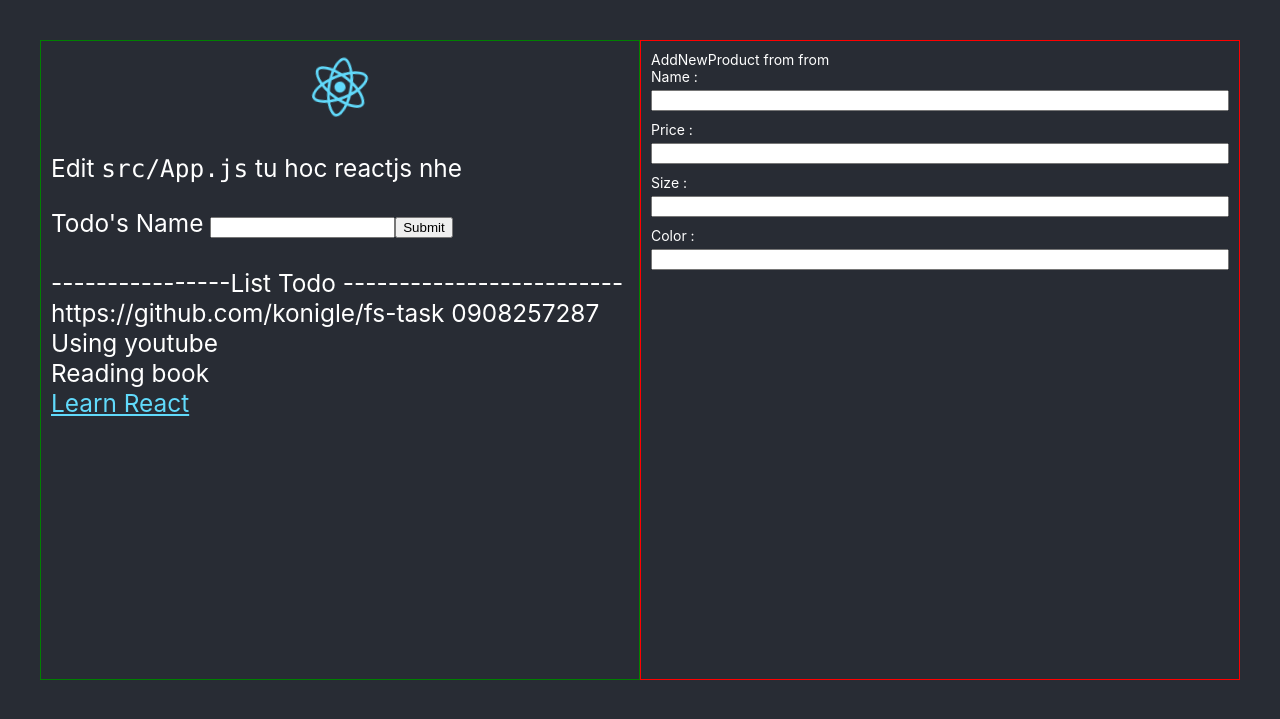
Repository: baothi/learn-reactjs
Page: /
An editor plug-in stored every save of this project. The page is shown before and after the next save, followed by the edit.
The browser window is 1280 px wide. The pictures show the whole page.
The project was rebuilt for these pictures with package versions that can differ from the ones it lists, and the page was loaded fresh each time.

Above is the page before, as saved 2022-10-04 17:54:24.

### src/App.js
import logo from './logo.svg';
import './App.css';
import Home from './componets/Home';
import AddNewProduct from './componets/AddNewProduct';

// function App() {
const App = () => {
  // const x = [1, 2, 3, 4, { name: 'John', age: 36 }] ==> {JSON.stringify(x)}
  const x = "tu hoc reactjs nhe"
  return (
    <div className="App" /*style={{ border: '1px solid red', textTransform: 'uppercase'}}*/ >
      <header className="App-header content-left">
        <div style={{ textAlign: "center" }}>
          <img src={logo} className="App-logo" alt="logo" />
        </div>

        <p>
          Edit <code>src/App.js</code> {x}
          {/* {console.log(x)} */}
        </p>
        <Home />
        <a
          className="App-link"
          href="https://reactjs.org"
          target="_blank"
          rel="noopener noreferrer"
        >
          Learn React
        </a>
      </header>
      <div className='content-right'>
        <AddNewProduct />
      </div>
    </div>
  );
}

export default App;

### src/App.css
.App {
  /* text-align: center; */
  padding: 40px;
  font-size: 14px;
  background-color: #282c34;
  height: calc(100vh - 80px);
  display: flex;
}

.App-logo {
  height: 10vmin;
  pointer-events: none;
}

@media (prefers-reduced-motion: no-preference) {
  .App-logo {
    animation: App-logo-spin infinite 20s linear;
  }
}

.App-header {

  /* min-height: 100vh; */
  /* display: flex;
  flex-direction: column;
  align-items: center; */
  /* justify-content: center; */
  font-size: calc(10px + 2vmin);
  color: white;
}

.App-link {
  color: #61dafb;
}

@keyframes App-logo-spin {
  from {
    transform: rotate(0deg);
  }

  to {
    transform: rotate(360deg);
  }
}

.content-left {
  width: 50%;
  padding: 10px;
  border: 1px solid green;
}

.content-right {
  width: 50%;
  padding: 10px;
  border: 1px solid red;
  color: white;
}

.input-product {
  display: flex;
  flex-direction: column;
  justify-content: center;
  gap: 5px;
  margin-bottom: 10px;
}

### src/componets/Home.js
import React, { useState } from 'react';
import _ from 'lodash';
import AddTodo from './AddTodo';
import DisplayTodo from './DisplayTodo';

const Home = () => {
    // const [name, setName] = useState("")
    const [todo, setTodo] = useState("")
    // const hankdleClickBtn = (event, mgs) => {
    //     // console.log(" >> run Hankdle Click ", event.target, " -> ", mgs)
    // }
    const [ListTodo, setListTodo] = useState([
        { id: 'todo1', name: 'https://github.com/konigle/fs-task 0908257287' },
        { id: 'todo2', name: 'Using youtube' },
        { id: 'todo3', name: 'Reading book' }
    ])

    const randomIntFromInterval = (min, max) => {
        return Math.floor(Math.random() * (max - min + 1)) + min
    }


    const hankdleClickBtn = () => {
        if (!todo) {
            alert("Todo's name is not empty")
            return;
        }
        let todoId = randomIntFromInterval(4, 99)
        let todoItem = {
            id: `todo${todoId}`,   // string template
            name: todo
        }
        // cach 1
        let curentTodoList = _.clone(ListTodo);
        curentTodoList.push(todoItem)
        // console.log(" check curentTodoList : ", curentTodoList)
        setListTodo(curentTodoList)
        setTodo("")
        // cach 2
        //setListTodo([...ListTodo, todoItem]) // toan tử ... này là spread operator đây là toán tử copy
    }

    const handleDeleteTodo = (id) => {
        let curentTodoList = _.clone(ListTodo);
        curentTodoList = curentTodoList.filter(item => item.id !== id);
        // curentTodoList = curentTodoList.filter(item => {
        //     if (item.id !== id) return item;
        // });
        setListTodo(curentTodoList);
    }
    const myInfor = { channel: "hoc lap trinh reactjs", age: 25 }

    return (
        <div className="container">

            <div className="row">
                <AddTodo
                    todo={todo}
                    setTodo={setTodo}
                    hankdleClickBtn={hankdleClickBtn}
                />
                <DisplayTodo
                    chilData={ListTodo} // x=u => x <- y
                    name={"bao thi"} // x=u => x <- y
                    myInfor={myInfor} // x=u => x <- y
                    deleteTodoInParent={handleDeleteTodo}
                />

            </div>
        </div>
    )
}

// class Home extends React.Component {

//     // khai báo state
//     state = {
//         name: 'todoList'
//     }
//     render() {
//         return (
//             <div className="container">
//                 <div className="row">

//                     <label>Your Name   </label>
//                     <input type="text" onChange={(event) => this.setState({ name: event.target.value })} />
//                     <br /><br />
//                     helo Todo list with name = {this.state.name}
//                 </div>
//             </div>
//         )
//     }
// }

export default Home;

### src/componets/AddNewProduct.js
const AddNewProduct = () => {
    return (
        <div>
            <div>AddNewProduct from from</div>
            <div className="input-product">
                <label>Name : </label>
                <input type="text" />
            </div>
            <div className="input-product">
                <label>Price : </label>
                <input type="text" />
            </div>
            <div className="input-product">
                <label>Size : </label>
                <input type="text" />
            </div>
            <div className="input-product">
                <label>Color : </label>
                <input type="text" />
            </div>
        </div>
    )
}

export default AddNewProduct

### src/componets/AddTodo.js

const AddTodo = (props) => {
    const { todo, setTodo, hankdleClickBtn } = props
    return (
        <div>
            <label>Todo's Name   </label>
            {/* <input value={name} type="text"
                    onChange={(event) => {
                        // console.log("event.target : ", event)
                        setName(event.target.value)
                    }
                    } /> */}

            <input value={todo} type="text"
                onChange={(event) => {
                    // console.log("event.target : ", event)
                    setTodo(event.target.value)
                }
                } />
            {/* <button type="button" onClick={() => {
                    hankdleClickBtn("event", 'buttonClick')
                }}>Submit</button> */}
            <button type="button" onClick={() => {
                hankdleClickBtn()
            }}>Submit</button>



            <br /><br />
        </div>
    )
}
export default AddTodo

### src/componets/DisplayTodo.js

const DisplayTodo = (props) => {
    const deleteTodoFromChild = (id) => {
        props.deleteTodoInParent(id)
    }

    const ListTodo = props.chilData;
    return (
        <div>
            <div> ----------------List Todo ------------------------- </div>
            {ListTodo.map((item, index) => {
                // console.log("check item: ", item, " index: ", index, "id ", item.id)
                return (
                    <div id={item.id} key={item.id} onClick={() => deleteTodoFromChild(item.id)}>{item.name}</div>
                )
            })}
        </div>
    )
}

export default DisplayTodo;

Loaded but not shown: public/index.html (common file); src/index.js (common file); src/index.css (common file); src/reportWebVitals.js (common file)

After the next save:
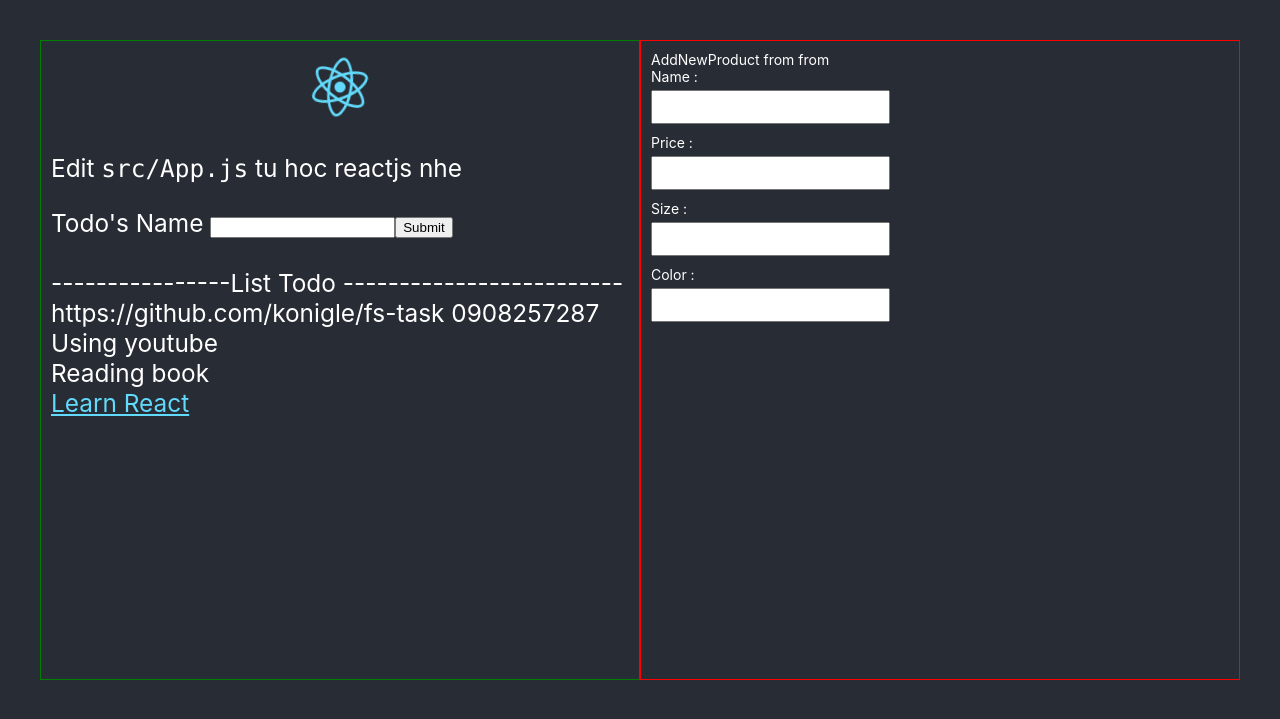
Saved 78 s later.
--- a/src/App.css
+++ b/src/App.css
@@ -63,3 +63,8 @@
   gap: 5px;
   margin-bottom: 10px;
 }
+
+.input-product input {
+  width: 40%;
+  height: 28px;
+}
